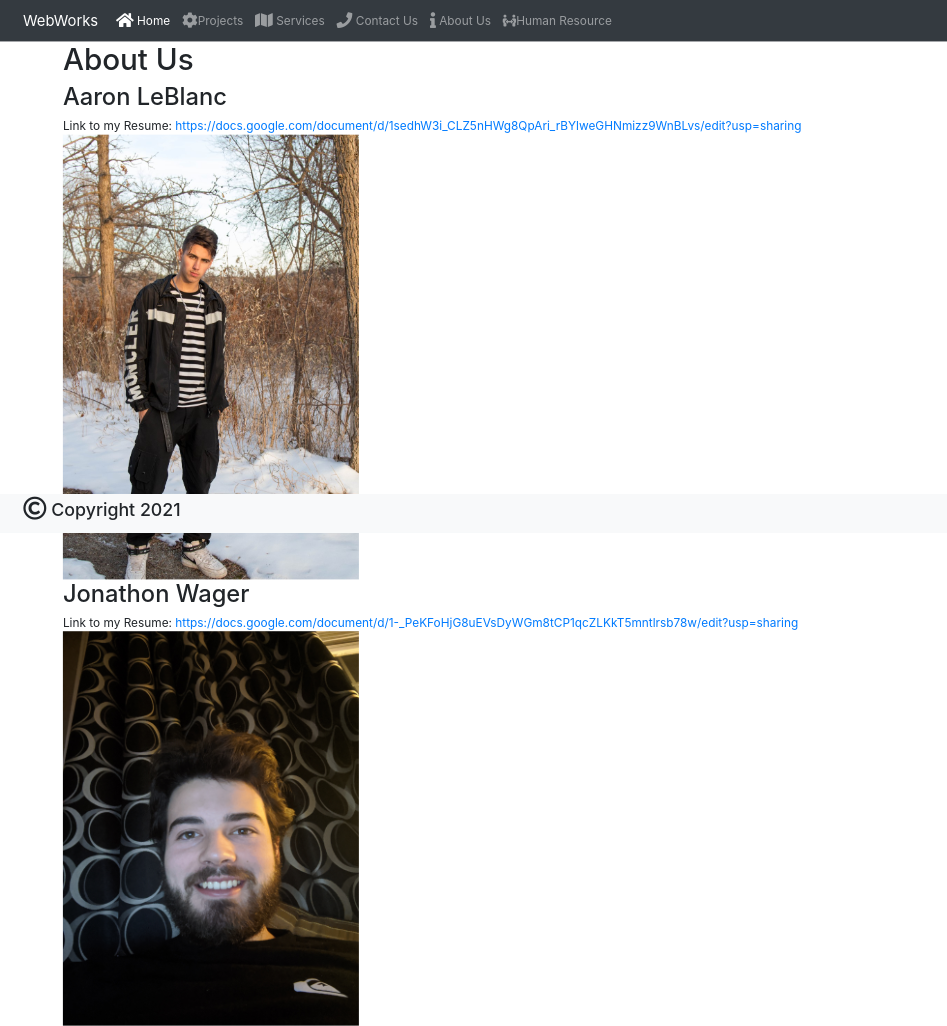
Repository: JonathonWager/Webd6202Lab1
Page: projects.html
An editor plug-in stored every save of this project. The page is shown before and after the next save, followed by the edit.
The browser window is 1280 px wide. The pictures show the whole page, at 74% of full size.

Above is the page before, as saved 2021-02-05 20:09:44.
Console error: TypeError: Cannot read properties of null (reading 'appendChild')
Not found: Content/app.css

### projects.html
<!DOCTYPE html>
<html lang="en">
<head>
    <meta charset="UTF-8">
    <meta name="viewport" content="width=device-width, initial-scale=1.0">
    <title>Projects</title>
    <!-- CSS Section -->
    <link rel="stylesheet" href="./node_modules/bootstrap/dist/css/bootstrap.min.css">
    <link rel="stylesheet" href="./node_modules/@fortawesome/fontawesome-free/css/all.min.css">
    <link rel="stylesheet" href="./Content/app.css">
</head>
<body>
    <!-- Main Header -->
    <header>
        <!-- Main Navigation -->
        <nav class="navbar navbar-expand-lg navbar-dark bg-dark">
            <div class="container-fluid">
              <a class="navbar-brand" href="index.html">WebWorks</a>
              <button class="navbar-toggler" type="button" data-bs-toggle="collapse" data-bs-target="#navbarSupportedContent" aria-controls="navbarSupportedContent" aria-expanded="false" aria-label="Toggle navigation">
                <span class="navbar-toggler-icon"></span>
              </button>
              <div class="collapse navbar-collapse" id="navbarSupportedContent">
                <ul class="navbar-nav me-auto mb-2 mb-lg-0">
                  <li class="nav-item">
                    <a class="nav-link active" aria-current="page" href="index.html"><i class="fas fa-home fa-lg"></i> Home</a>
                  </li>

                  <li class="nav-item">
                    <a class="nav-link" aria-current="page" href="projects.html" id = "projects"><i class="fas fa-cog fa-lg"></i> Products</a>
                  </li>

                  <li class="nav-item">
                    <a class="nav-link" aria-current="page" href="services.html"><i class="fas fa-map fa-lg"></i> Services</a>
                  </li>

                  <li class="nav-item">
                    <a class="nav-link" aria-current="page" href="contact.html"><i class="fas fa-phone fa-lg"></i> Contact Us</a>
                  </li>
                  <li class="nav-item">
                    <a class="nav-link" aria-current="page" href="about.html"><i class="fas fa-info fa-lg"></i> About Us</a>
                  </li>
                </ul>
              </div>
            </div>
          </nav>
    </header>

    <!-- Main Content -->
    <main class="container">
      <h1>About Us</h1>
      <h2>Aaron LeBlanc</h2>
      <div> Link to my Resume:  <a href="url">https://docs.google.com/document/d/1sedhW3i_CLZ5nHWg8QpAri_rBYlweGHNmizz9WnBLvs/edit?usp=sharing</a></div>
      <div id="AboutAaronContent"> </div>
      <img src="/Pictures/About us Page/PictureOfAaron.jpg" width = 400px; alt="Deck of Cards">

      <h2>Jonathon Wager</h2>
      <div> Link to my Resume:  <a href="url">https://docs.google.com/document/d/1-_PeKFoHjG8uEVsDyWGm8tCP1qcZLKkT5mntlrsb78w/edit?usp=sharing</a></div>
      <div id="AboutJonathonContent"> </div>
      <img src="/Pictures/About us Page/Jonathonpic.jpg" width = 400px; alt="Deck of Cards">


    </main>

    <!-- Main Footer -->
    <footer>
    </footer>

    <!-- Script Section-->
    <script src="./node_modules/jquery/dist/jquery.min.js"></script>
    <script src="./node_modules/bootstrap/dist/js/bootstrap.bundle.min.js"></script>
    <script src="./Scripts/app.js"></script>
</body>
</html>

### Scripts/app.js
/* custom JavaScript goes here */

//IIFE - Immediately Invoked Function Expression
//AKA - Anonymous Self-Executing Function
//Closure - limits scope leak

"use strict";

(function()
{
    function displayHome()
    {

        let paragraphOneText =
          "Welcome to Web Works, Our team at Web Works is dedicated to offering advanced web development creations that will make you stand out from the crowd.";

        let paragraphOneElement = document.getElementById("paragraphOne");

        paragraphOneElement.textContent = paragraphOneText;
        paragraphOneElement.className = "fs-5";

        // Step 1. document.createElement
        let newParagraph = document.createElement("p");
        // Step 2. configure the element
        newParagraph.setAttribute("id", "paragraphTwo");
        newParagraph.textContent = "Our team consits of two dedicated students that are currently enrolled in the Computer programmer and Analysis course at Durham College located in Northern Oshawa. ";
        // Step 3. select the parent element
        let mainContent = document.getElementsByTagName("main")[0];
        // Step 4. Add / Insert the element
        mainContent.appendChild(newParagraph);

        newParagraph.className = "fs-6";

        // another way of injecting content
        let paragraphDiv = document.createElement("div");
        let paragraphThree = `Oshawa. Our skill sets are growing every day and we are profecient in HTML, CSS, Java, C++,
        database development, automations and much more. Contact our team with inqueries and you will get a response within one business day`;
        paragraphDiv.innerHTML = paragraphThree;

        // insertions

        // example of inserting before a node
        //newParagraph.before(paragraphDiv);

        // example of inserting after a node
        newParagraph.after(paragraphDiv);

        // deletions

        // example of removing a single element
        //paragraphOneElement.remove();

        // example of removeChild
        //mainContent.removeChild(paragraphOneElement);

        // update / modification
        mainContent.firstElementChild.textContent = "Welcome Home!";


    }

    function displayAbout()
    {

    }

    function displayProjects()
    {
      console.log("test");
      let paragraphOneText = "The following project focus was on developing our skills in object-orientated programming as we were developing a program that would create card objects that could be used for a wide variety of purposed including implementing into hundreds of different card games. The project was one of our favourites because it widned our skill set and showed us even further how useful object-orientate programming can be.";

      let projectsDiv1 = document.getElementById("DeckOfCardsContent");

      let projectsP1 = document.createElement("p");

      projectsP1.textContent = paragraphOneText;

      projectsDiv1.appendChild(projectsP1);

      console.log("heyyyyy");

      // Step 1. document.createElement
      let newParagraph = document.createElement("p");
      // Step 2. configure the element
      newParagraph.setAttribute("id", "paragraphTwo");
      newParagraph.textContent = "Our team consits of two dedicated students that are currently enrolled in the Computer programmer and Analysis course at Durham College located in Northern Oshawa. ";
      // Step 3. select the parent element
      let mainContent = document.getElementsByTagName("main")[0];
      // Step 4. Add / Insert the element
      mainContent.appendChild(newParagraph);
    }

    function displayServices()
    {
      console.log("test");
      let paragraphOneText = "We have the ability to create interactive websites that will stand out and make you look professional. We can apply custom themes to style your website as well as make it an interactive website that is effeciently navigable.";

      let projectsDiv1 = document.getElementById("WebDesignContent");

      let projectsP1 = document.createElement("p");

      projectsP1.textContent = paragraphOneText;

      projectsDiv1.appendChild(projectsP1);

      let paragraphTwoText = "We can create small to medium sized databases that will be able to meet your business needs. We can then implement the database into your website so that you can take your business to the next level.";

      let projectsDiv2 = document.getElementById("DatabaseDevelopmentContent");

      let projectsP2 = document.createElement("p");

      projectsP2.textContent = paragraphTwoText;

      projectsDiv2.appendChild(projectsP2);

      let paragraphThreeText = "We can create small to medium sized databases that will be able to meet your business needs. We can then implement the database into your website so that you can take your business to the next level.";

      let projectsDiv3 = document.getElementById("CustomProgrammingContent");

      let projectsP3 = document.createElement("p");

      projectsP3.textContent = paragraphThreeText;

      projectsDiv3.appendChild(projectsP3);

    }

    function displayContact()
    {
      console.log("test");
        let messageArea = document.getElementById("messageArea");
        messageArea.hidden = true;

        // form validation
        let fullName = document.getElementById("fullName");
        fullName.addEventListener("blur", function() {
            if(fullName.value.length < 2)
            {
                fullName.focus();
                fullName.select();
                messageArea.hidden = false;
                messageArea.className = "alert alert-danger";
                messageArea.textContent = "Please enter an appropriate Name";
            }
            else
            {
                messageArea.removeAttribute("class");
                messageArea.hidden = true;
            }
        });

        let sendButton = document.getElementById("sendButton");
        sendButton.addEventListener("click", function(event){
            //event.preventDefault();

           window.location.href = "index.html";

        });
    }




    function Start()
    {
        console.log("App Started...");
        let navbarProjects = document.getElementById("projects");
        navbarProjects.innerHTML = '<i class="fas fa-cog fa-lg"></i>Projects';

       // let navContentHumanResource = '<li class="nav-item"><a class="nav-link" aria-current="page" href="services.html"><i class="fas fa-map fa-lg"></i> Services</a></li>';
        let navContent = document.getElementsByTagName("ul")[0];

        let navContentHumanResourceLi = document.createElement("li");
        let navContentHumanResourceA = document.createElement("a");

        // Step 2. configure the element
        navContentHumanResourceLi.setAttribute("class", "nav-item");

        navContentHumanResourceA.setAttribute("class","nav-link");
        navContentHumanResourceA.setAttribute("aria-current", "page");
        navContentHumanResourceA.setAttribute("href", "human_resource.html");
        navContentHumanResourceA.innerHTML ='<i class="fas fa-people-arrows"></i>Human Resource ';

        navContentHumanResourceLi.appendChild(navContentHumanResourceA);

        navContent.appendChild(navContentHumanResourceLi);




        let bottomNavContent = document.getElementsByTagName("footer")[0];

        let navContentFooterNav = document.createElement("nav");
        navContentFooterNav.setAttribute("class","navbar fixed-bottom navbar-light bg-light");

        let navContentDiv = document.createElement("div");
        navContentDiv.setAttribute("class", "container-fluid");

        let navContentH4 = document.createElement("h4");
        navContentH4.innerHTML = '<i class="far fa-copyright fa-lg"></i> Copyright 2021';
        navContentFooterNav.appendChild(navContentDiv);
        navContentDiv.appendChild(navContentH4);
        bottomNavContent.appendChild(navContentFooterNav);


        switch (document.title)
        {
          case "Home":
              displayHome();
            break;
          case "About":
              displayAbout();
            break;
          case "Projects":
              displayProjects();
            break;
          case "Services":
              displayServices();
            break;
          case "Contact":
              displayContact();
            break;
        }

    }

    window.addEventListener("load", Start);

})();

Loaded but not shown: node_modules/bootstrap/dist/css/bootstrap.min.css (library); node_modules/@fortawesome/fontawesome-free/css/all.min.css (library); node_modules/jquery/dist/jquery.min.js (library); node_modules/bootstrap/dist/js/bootstrap.bundle.min.js (library)

After the next save:
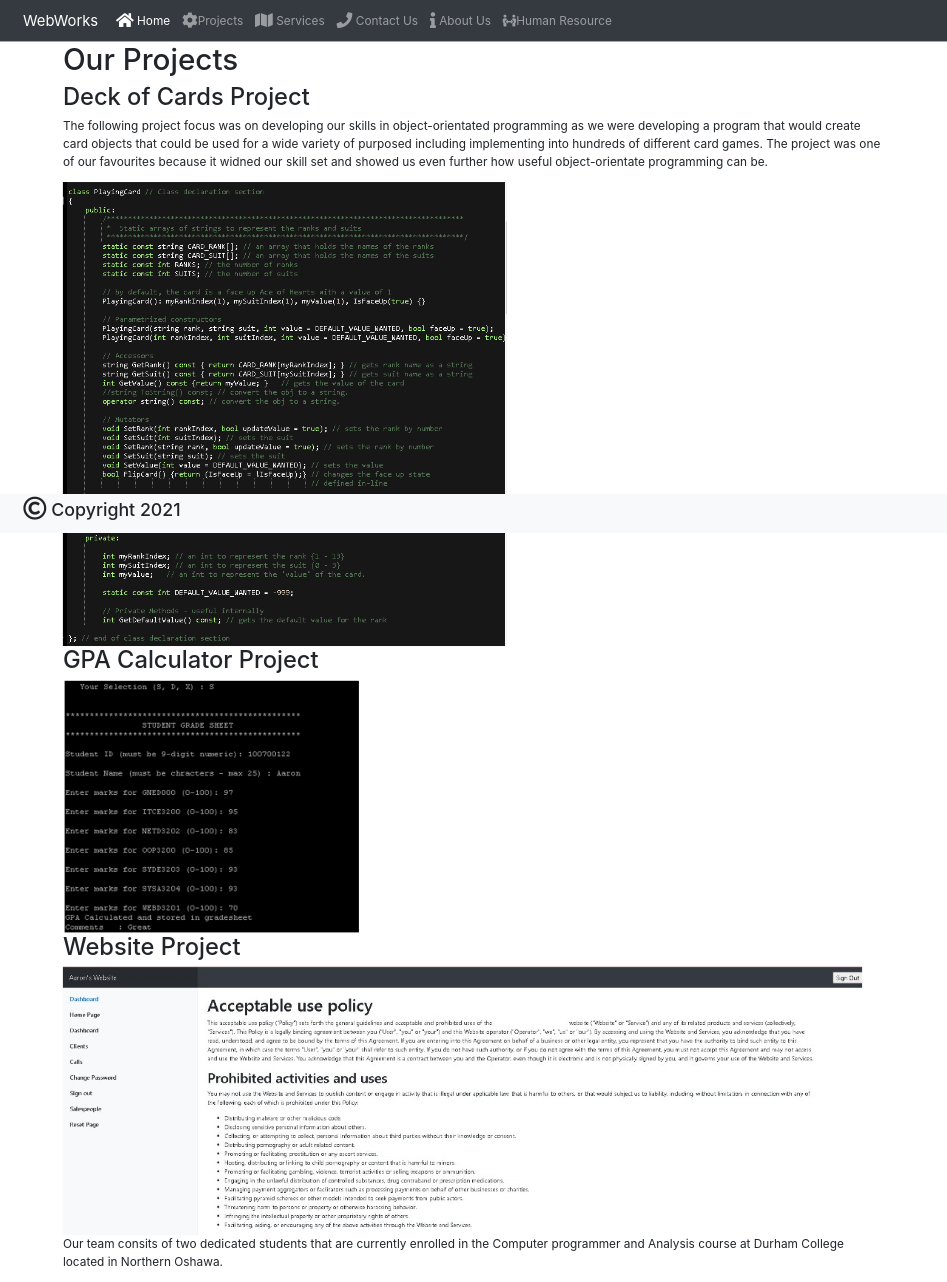
The error is gone.
Saved 26 s later.
--- a/projects.html
+++ b/projects.html
@@ -47,19 +47,18 @@
 
     <!-- Main Content -->
     <main class="container">
-      <h1>About Us</h1>
-      <h2>Aaron LeBlanc</h2>
-      <div> Link to my Resume:  <a href="url">https://docs.google.com/document/d/1sedhW3i_CLZ5nHWg8QpAri_rBYlweGHNmizz9WnBLvs/edit?usp=sharing</a></div>
-      <div id="AboutAaronContent"> </div>
-      <img src="/Pictures/About us Page/PictureOfAaron.jpg" width = 400px; alt="Deck of Cards">
+      <h1>Our Projects</h1>
+      <h2>Deck of Cards Project</h2>
+      <div id="DeckOfCardsContent"> </div>
+      <img src="/Pictures/Projects Page/DeckOfCardsLab.PNG" width = 600px; alt="Deck of Cards">
+      <h2>GPA Calculator Project</h2>
+      <div id="GPACalculatorContent"> </div>
+      <img src="/Pictures/Projects Page/GPACalculator.PNG" width = 400px; alt="GPA Calculator">
+      <h2>Website Project</h2>
+      <div id="WebsiteContent"> </div>
+      <img src="/Pictures/Projects Page/Website.jpeg" alt="Website Image">
+    </main>
 
-      <h2>Jonathon Wager</h2>
-      <div> Link to my Resume:  <a href="url">https://docs.google.com/document/d/1-_PeKFoHjG8uEVsDyWGm8tCP1qcZLKkT5mntlrsb78w/edit?usp=sharing</a></div>
-      <div id="AboutJonathonContent"> </div>
-      <img src="/Pictures/About us Page/Jonathonpic.jpg" width = 400px; alt="Deck of Cards">
-
-
-    </main>
 
     <!-- Main Footer -->
     <footer>
